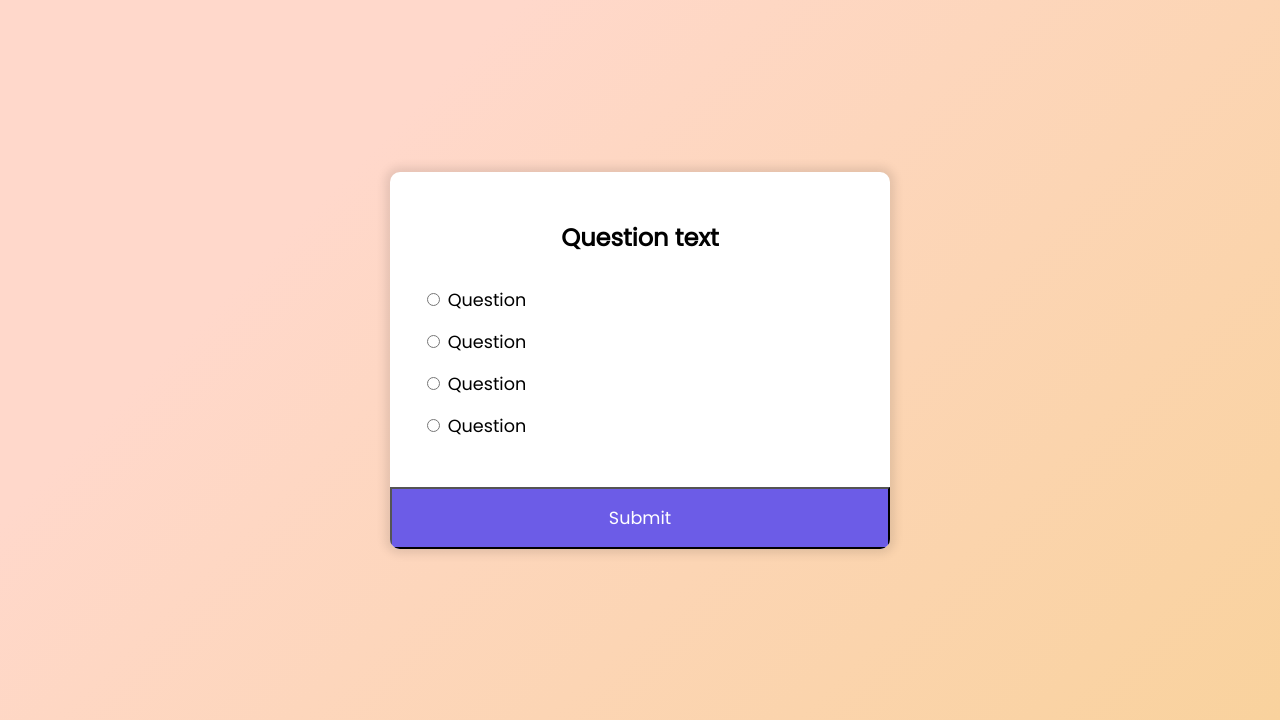
Repository: PratypartyY2K/JavaScript-Projects
Page: Quiz-App/index.html
The author's editor kept a copy of each file at every save. The page is drawn from the files as they stood at one save, then again after the next save.
The browser window is 1280 px wide. The pictures show the whole page.

Above is the page before, as saved 2021-07-04 11:17:39.
Console error: TypeError: document.getElementsById is not a function

After the next save:
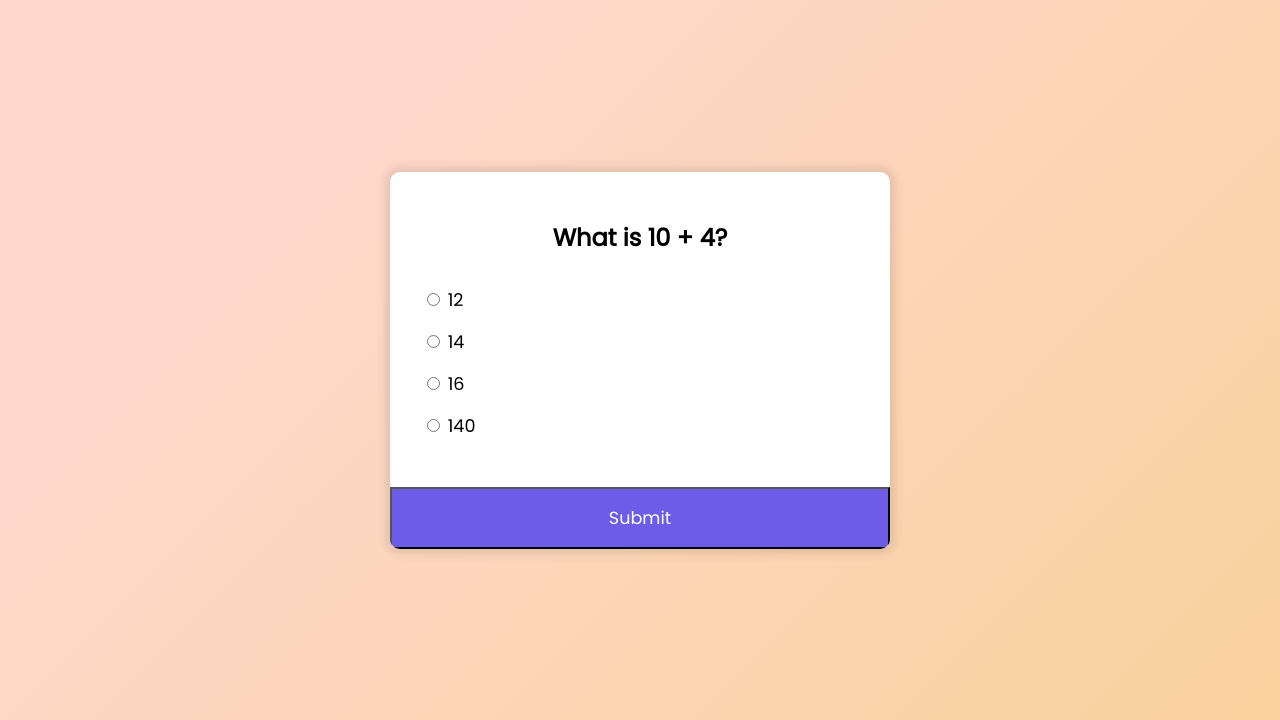
The error is gone.
Saved 6 min 54 s later.
--- a/Quiz-App/script.js
+++ b/Quiz-App/script.js
@@ -48,7 +48,7 @@ const a_text = document.getElementById("a_text");
 const b_text = document.getElementById("b_text");
 const c_text = document.getElementById("c_text");
 const d_text = document.getElementById("d_text");
-const submitBtn = document.getElementsById("submit");
+const submitBtn = document.getElementById("submit");
 
 let currentQuestion = 0;
 let score = 0;
